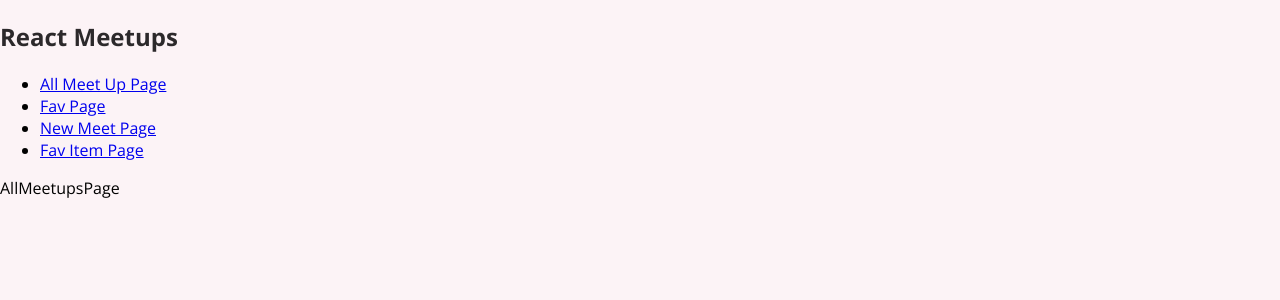
Repository: portretrieve/react-meetup-app
Page: /
An editor plug-in stored every save of this project. The page is shown before and after the next save, followed by the edit.
The browser window is 1280 px wide. The pictures show the whole page.
The project was rebuilt for these pictures with package versions that can differ from the ones it lists, and the page was loaded fresh each time. A package was used in the major version that the imports need, not the one package.json lists. Also part of the build but not shown: src/pages/Favourites.js, src/pages/NewMeetup.js.

Above is the page before, as saved 2021-08-17 17:27:22.

After the next save:
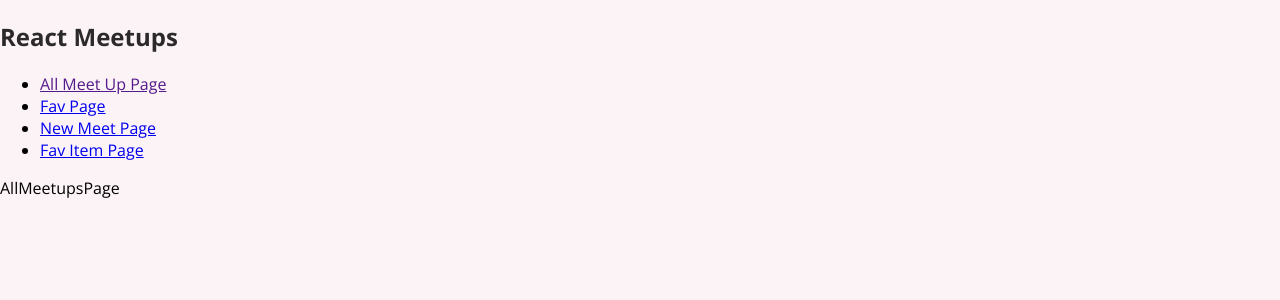
Saved 25 s later.
--- a/src/components/layout/MainNavigation.js
+++ b/src/components/layout/MainNavigation.js
@@ -1,4 +1,5 @@
 import { Link } from "react-router-dom";
+
 function MainNavigation() {
   return (
     <header>
@@ -6,7 +7,7 @@ function MainNavigation() {
       <nav>
         <ul>
           <li>
-            <a href="/">All Meet Up Page</a>
+            <Link href="/">All Meet Up Page</Link>
           </li>
           <li>
             <a href="/fav">Fav Page</a>
